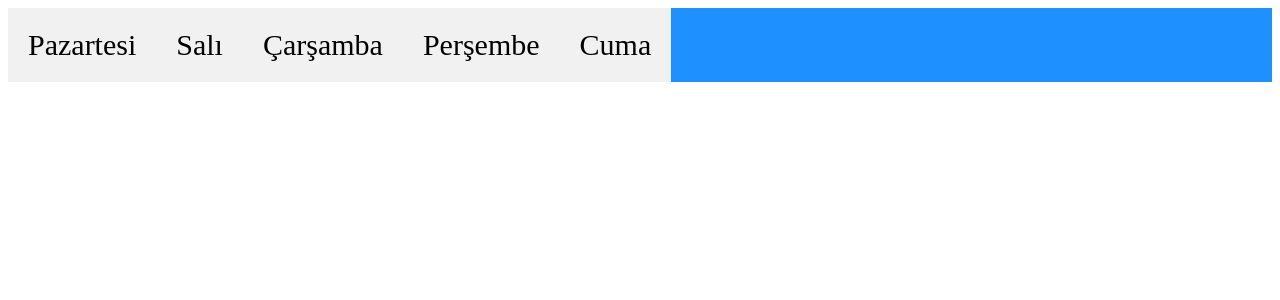
Repository: ahmetbugraozcan/css-ders-programi
Page: deneme.html
An editor plug-in stored every save of this project. The page is shown before and after the next save, followed by the edit.
The browser window is 1280 px wide. The pictures show the whole page.

Above is the page before, as saved 2021-07-10 09:11:25.

### deneme.html
<!DOCTYPE html>
<html lang="en">

<head>
    <meta charset="UTF-8">
    <meta http-equiv="X-UA-Compatible" content="IE=edge">
    <meta name="viewport" content="width=device-width, initial-scale=1.0">
    <title>Document</title>
    <style>
        .flex-container {
            display: flex;
            background-color: dodgerblue;
            margin: none;
        }

        .flex-container>div {
            background-color: #f1f1f1;
            padding: 20px;
            font-size: 30px;
        }
    </style>
</head>

<body>
    <div class="flex-container">
        <div>
            Pazartesi
        </div>
        <div>Salı</div>
        <div>Çarşamba</div>
        <div>Perşembe</div>
        <div>Cuma</div>
    </div>
</body>

</html>

After the next save:
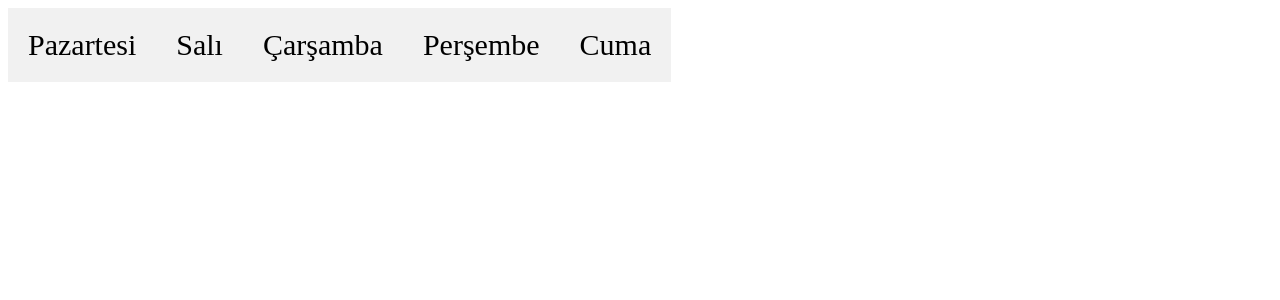
Saved 6 s later.
--- a/deneme.html
+++ b/deneme.html
@@ -9,8 +9,7 @@
     <style>
         .flex-container {
             display: flex;
-            background-color: dodgerblue;
-            margin: none;
+
         }
 
         .flex-container>div {
